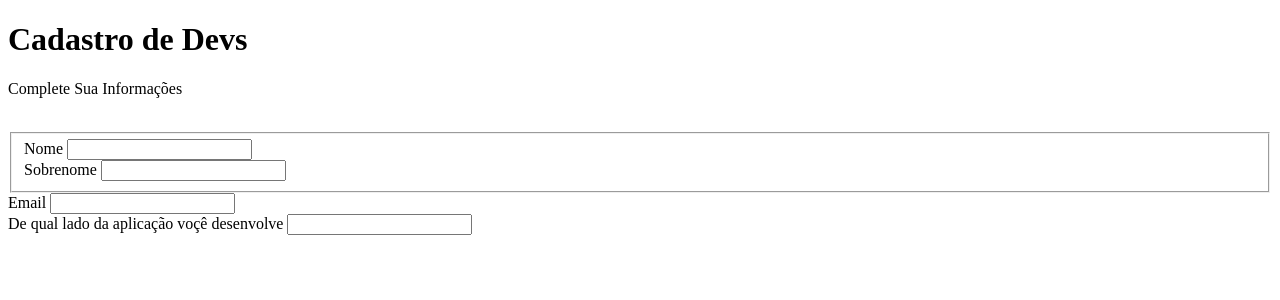
Repository: 2020francesco/formulario
Page: formulario.html
The author's editor kept a copy of each file at every save. The page is drawn from the files as they stood at one save, then again after a run of saves.
The browser window is 1280 px wide. The pictures show the whole page.

Above is the page before, as saved 2021-04-20 11:00:43.

### formulario.html
<!DOCTYPE html>
<html lang="en">
  <head>
    <meta charset="utf-8">
    <meta name="viewport" content="width=device-width, initial-scale=1.0">

    <title>Cadastro</title>
  </head>
  <body>

    <div>
      <h1>Cadastro de Devs</h1>
      <p>Complete Sua Informações</p>
      <br>
    </div>

    <form>
      <fieldset>
        <div>
          <label>Nome</label>
          <input type="text" name="nome" id="nome">
        </div>

        <div>
          <label>Sobrenome</label>
          <input type="text" name="sobrenome" id="sobrenome">
        </div>
      </fieldset>

      <div>
        <label>Email</label>
        <input type="email" name="email" id="email">
      </div>

      <div>
        <label>De qual lado da aplicação voçê desenvolve</label>
        <label>
          <input type=""
        </label>
      </div>
    </form>

  </body>
</html>

After the next 5 saves:
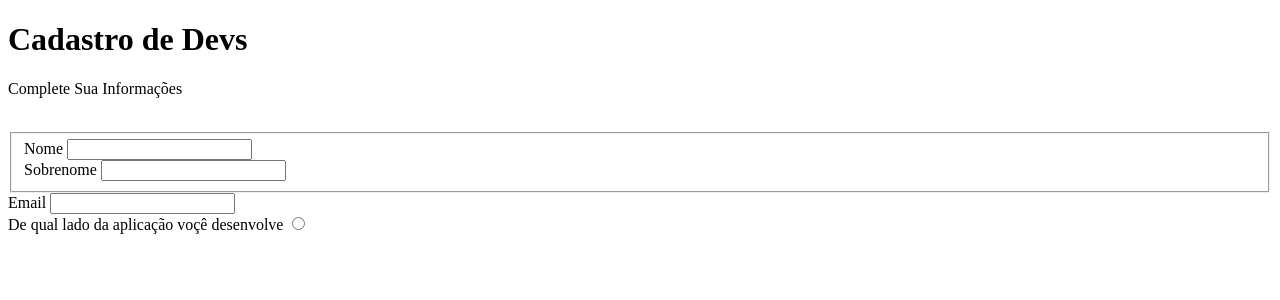
The 5 saves are shown as one change because they came seconds apart.
The last was saved 16 s later.
--- a/formulario.html
+++ b/formulario.html
@@ -35,7 +35,7 @@
       <div>
         <label>De qual lado da aplicação voçê desenvolve</label>
         <label>
-          <input type=""
+          <input type="radio" name="devweb"
         </label>
       </div>
     </form>
